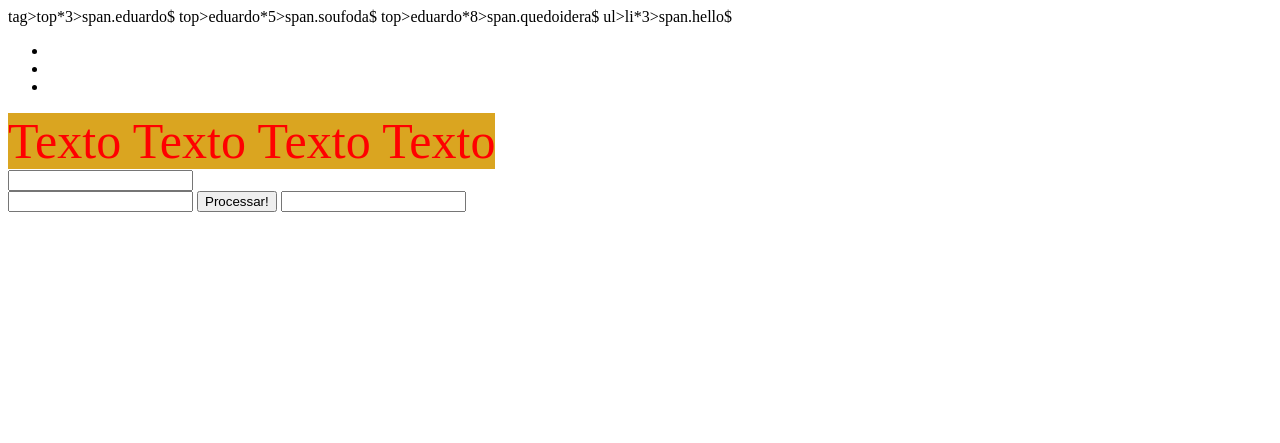
Repository: Zenxdu/eduardo
Page: html/anatomiaTag.html
An editor plug-in stored every save of this project. The page is shown before and after the next save, followed by the edit.
The browser window is 1280 px wide. The pictures show the whole page.

Above is the page before, as saved 2023-01-09 16:08:09.

After the next save:
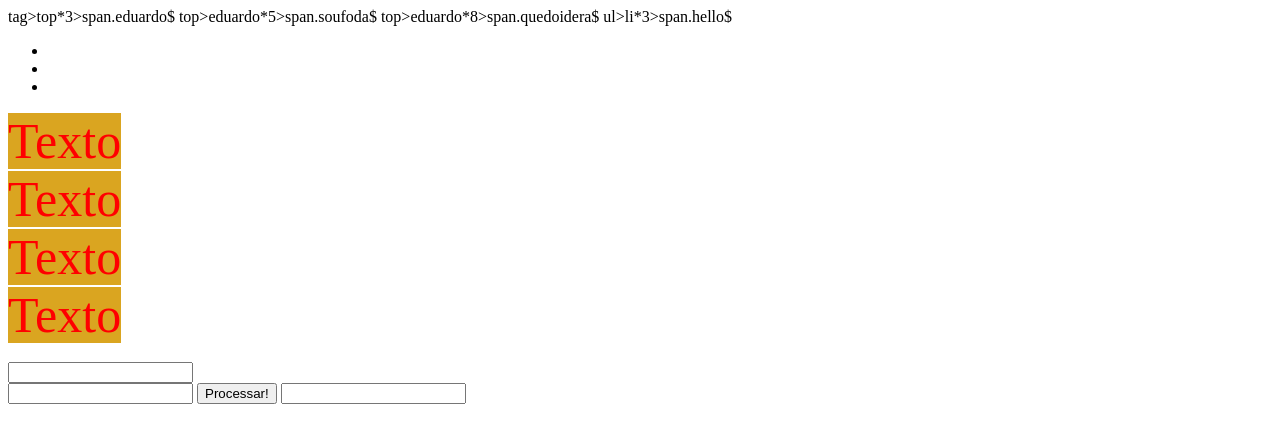
Saved 49 s later.
--- a/html/anatomiaTag.html
+++ b/html/anatomiaTag.html
@@ -38,10 +38,10 @@
    </ul>
 
    <bla>
-       <opa>Texto</opa>
-       <opa>Texto</opa>
-       <opa>Texto</opa>
-       <opa>Texto</opa>
+       <opa>Texto</opa><br>
+       <opa>Texto</opa><br>
+       <opa>Texto</opa><br>
+       <opa>Texto</opa><br>
    </bla>
     <style>
         bla {
